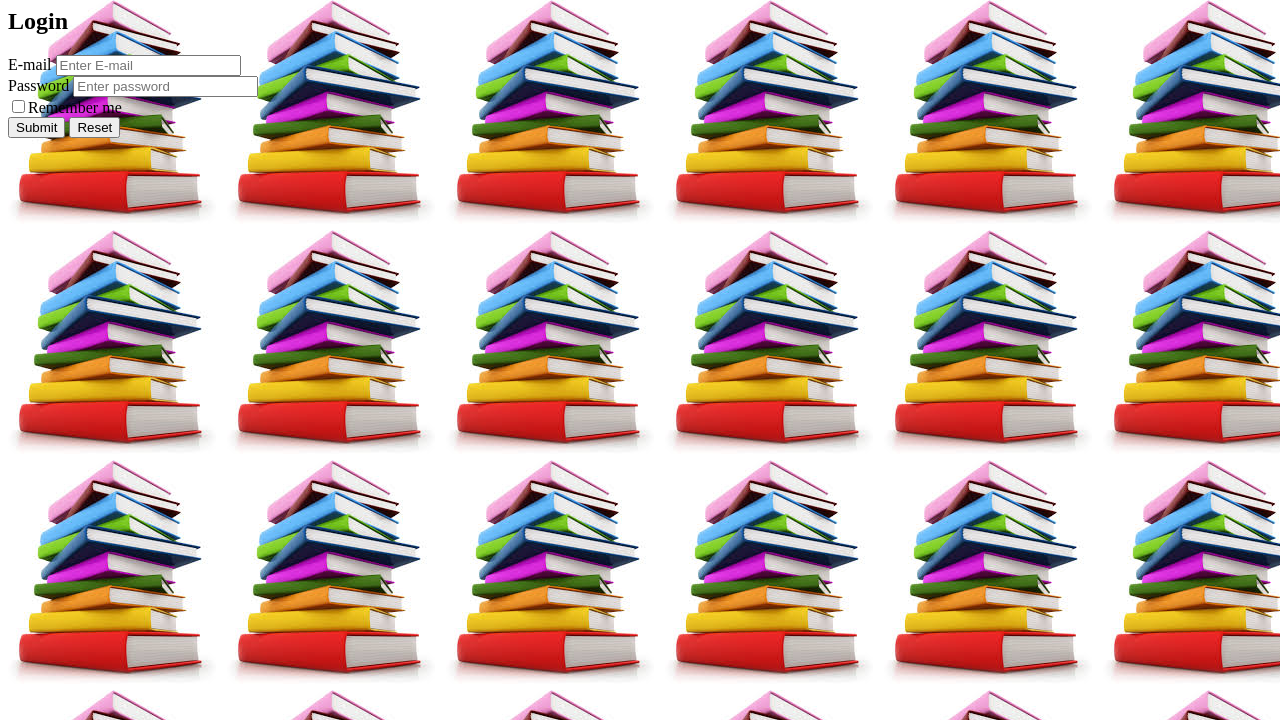
Repository: BragadeeshChandrasekar/my-bookshelf
Page: http://localhost/booksales/Login.jsp
An editor plug-in stored every save of this project. The page is shown before and after the next save, followed by the edit.
The browser window is 1280 px wide. The pictures show the whole page.
The page is served by Tomcat 9.

Above is the page before, as saved 2016-06-10 10:57:32.

After the next save:
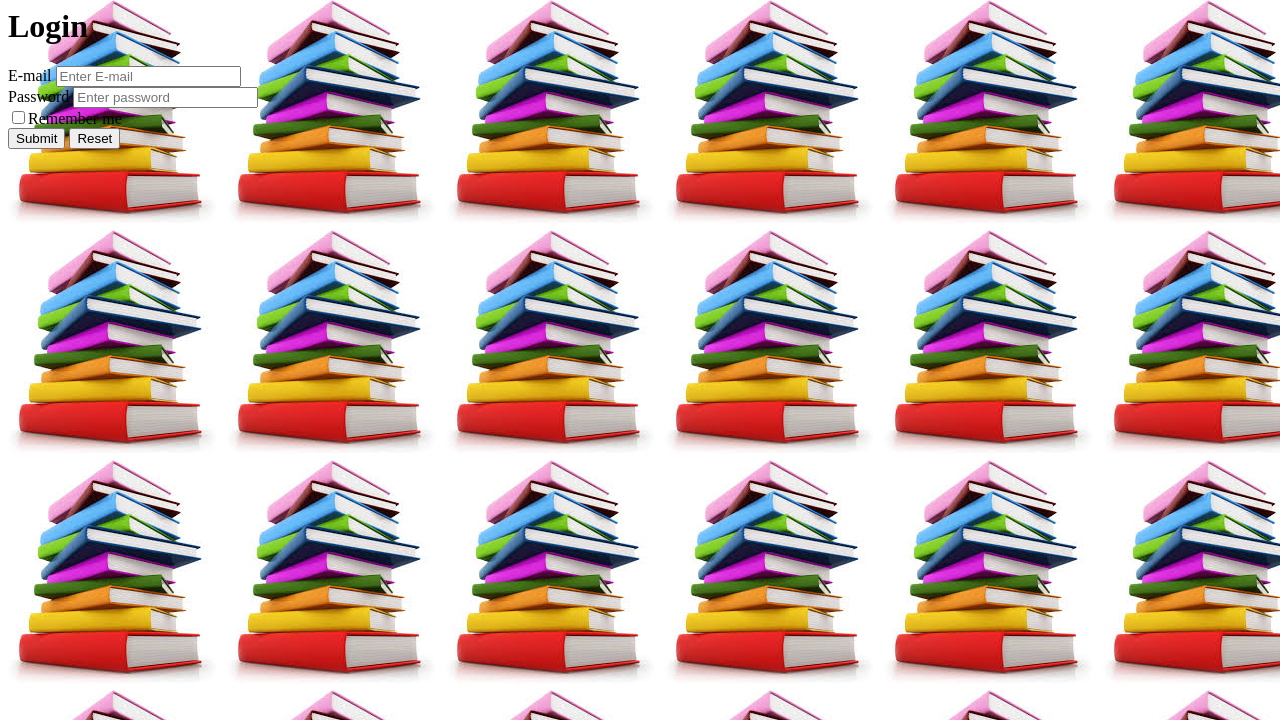
Saved 2 min 36 s later.
--- a/booksales/WebContent/Login.jsp
+++ b/booksales/WebContent/Login.jsp
@@ -8,7 +8,8 @@
 <body background="newbook.jpg">
 <form class="form-inline" role="form">
 <form action="LoginServlet"></form>
-<div class="container"><h2>Login</h2>
+<div class="container">
+<h1>Login</h1>
 </div>
 <div class="form-group">
 <label for= "e-mail">E-mail</label>
